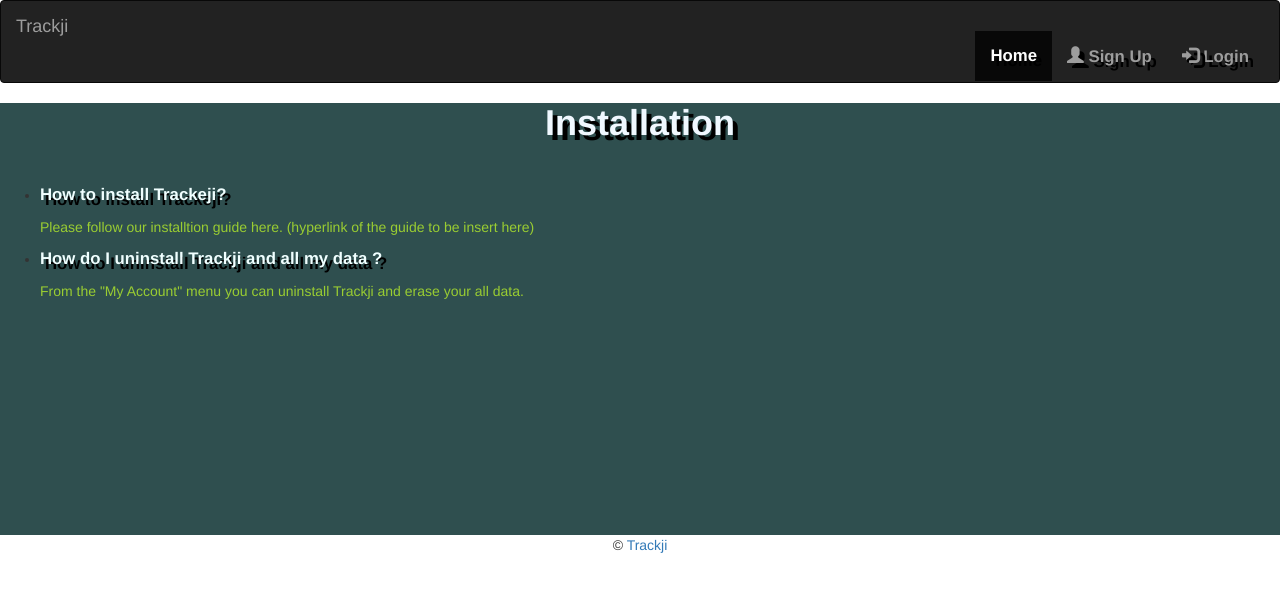
Repository: prathmeshgodbole/Web_Development
Page: Mobile_tracker/Installation.html
These files come from the project's save history. The page is drawn as it stood at one moment and after the next save; the edit follows.
The browser window is 1280 px wide. The pictures show the whole page.

Above is the page before, as saved 2020-03-08 18:27:04.

After the next save:
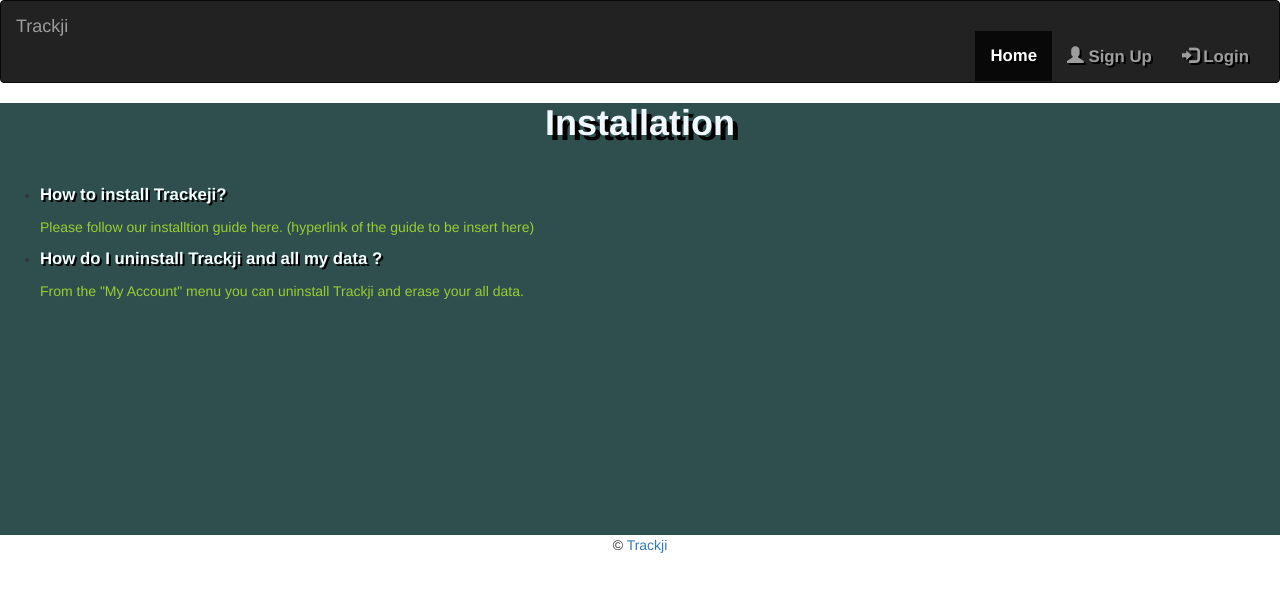
Saved 8 s later.
--- a/Mobile_tracker/css/installation.css
+++ b/Mobile_tracker/css/installation.css
@@ -21,7 +21,7 @@ ul {
 }
 
 ul li a {
-    text-shadow: black 5px 5px;
+    text-shadow: black 2px 2px;
     color: azure;
     font-weight: bold;
     font-size: larger;
